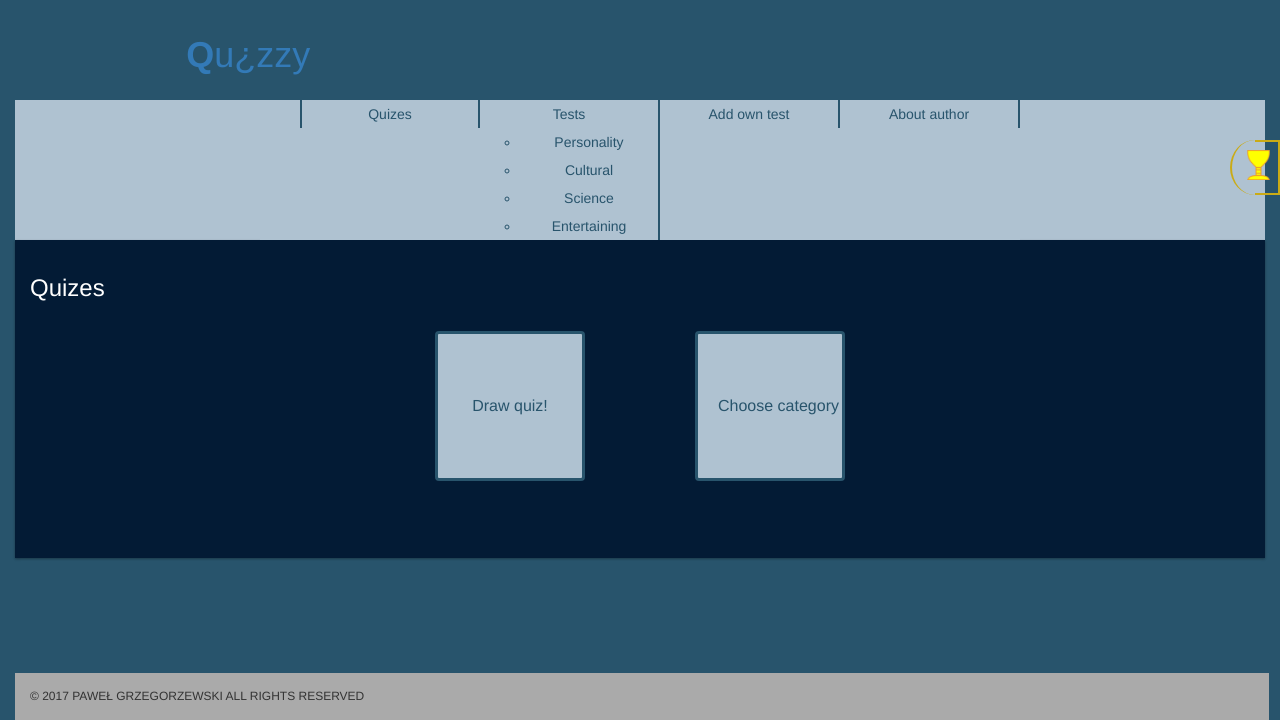
Repository: pgrzegorzewski/quiz
Page: http://localhost/app/quiz.php
The author's editor kept a copy of each file at every save. The page is drawn from the files as they stood at one save, then again after the next save.
The browser window is 1280 px wide. The pictures show the whole page.
Some web libraries are served in a nearby version. The page is run by PHP 8.4 with error messages shown; the project is at /var/www/html/.

Above is the page before, as saved 2017-04-21 20:24:31.

After the next save:
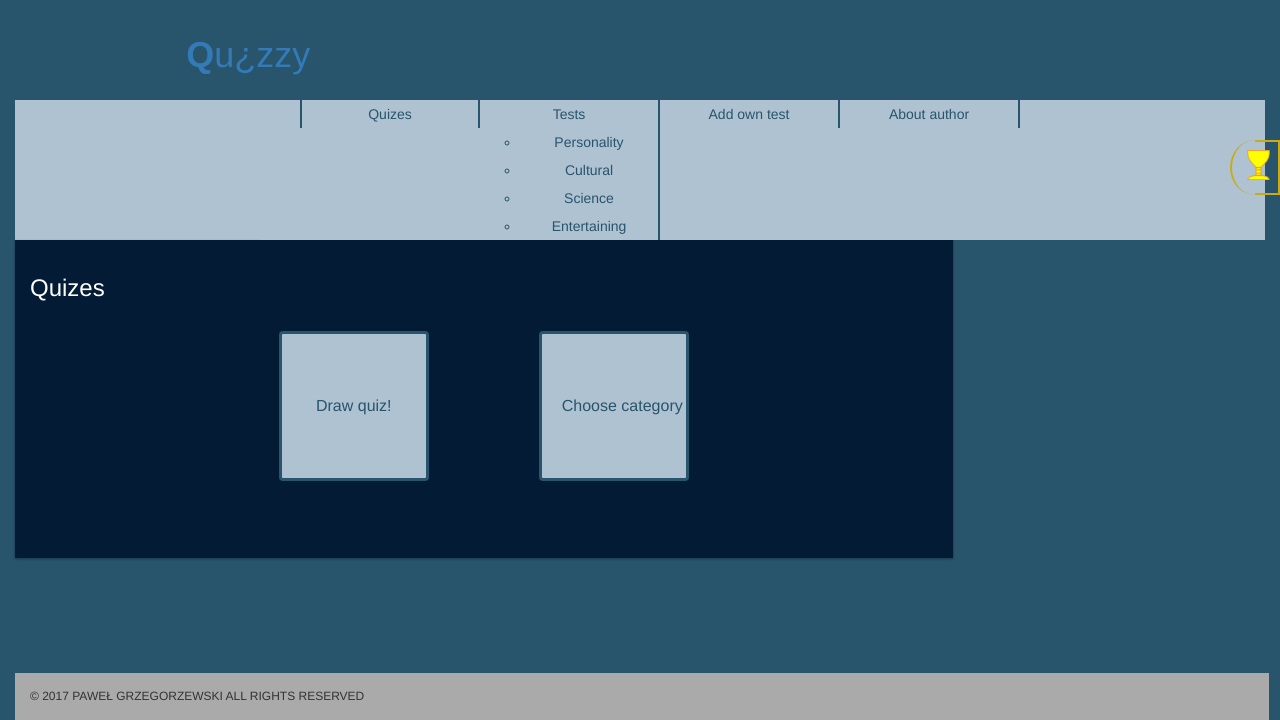
Saved 49 s later.
--- a/htdocs/app/learningapp/css/index.css
+++ b/htdocs/app/learningapp/css/index.css
@@ -80,7 +80,6 @@ body
     text-align: justify;
     font-size: 14px;
     box-shadow: 0 1px 3px rgba(0,0,0,0.12), 0 1px 2px rgba(0,0,0,0.24);
-	width:auto;
 }
 
 td
